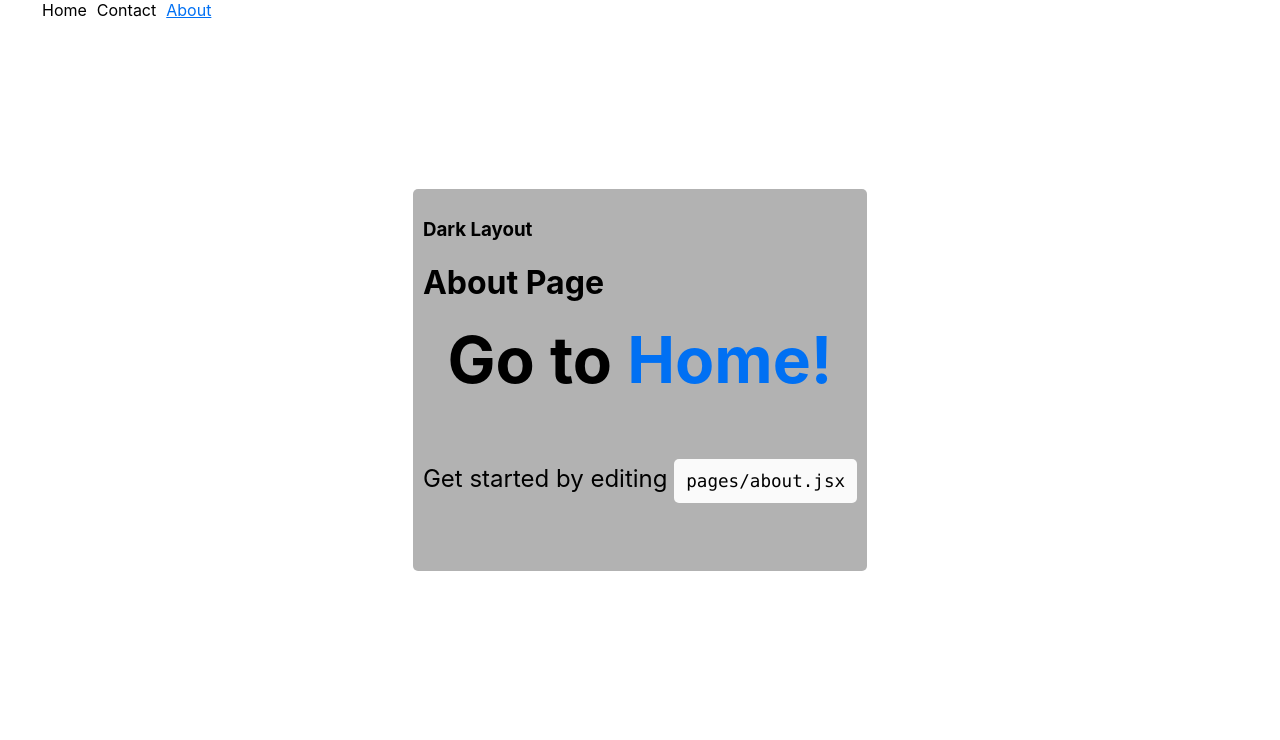
Repository: juagarc4/next-vercel-deploy
Page: /about
An editor plug-in stored every save of this project. The page is shown before and after a run of saves, followed by the edit.
The browser window is 1280 px wide. The pictures show the whole page.
The project was rebuilt for these pictures with package versions that can differ from the ones it lists, and the page was loaded fresh each time. The framework's server and built-in components were replaced by stand-ins that run in the browser. Also part of the build but not shown: next.config.js.

Above is the page before, as saved 2022-04-29 09:09:34.

### pages/about.jsx
import Link from 'next/link'
import { MainLayout } from '../components/layouts/MainLayout'
import { DarkLayout } from '../components/layouts/DarkLayout'

export default function AboutPage() {
  return (
    <MainLayout>
      <DarkLayout>
      <h1>About Page</h1>
        <h1 className={'title'}>
          Go to <Link href='/'>Home!</Link>
        </h1>

        <p className={'description'}>
          Get started by editing <code className={'code'}>pages/about.jsx</code>
        </p>
        </DarkLayout>
    </MainLayout>
  )
}

AboutPage.getLayout = function getLayout( page ) {

  return (
    <MainLayout>
      <DarkLayout>
        {page}
      </DarkLayout>
    </MainLayout>
  )
}

### components/layouts/MainLayout.jsx
import Head from 'next/head'

import { Navbar } from '../Navbar'
import styles from './MainLayout.module.css'

export const MainLayout = ({children}) => {
  return (
    <div className={styles.container}>
      <Head>
        <title>Home - Initial App</title>
        <meta name='description' content='Home Page' />
        <link rel='icon' href='/favicon.ico' />
      </Head>
     <Navbar/>
      <main className={styles.main}>
        {children}
      </main>
    </div>
  )
}

### components/layouts/DarkLayout.jsx
import AboutPage from "../../pages/about"

export const DarkLayout = ({children}) => {
  return (
  <div style={{
    backgroundColor: 'rgba(0,0,0,0.3)',
    borderRadius: '5px',
    padding: '10px'
  }}>
    <h3>Dark Layout</h3>
    <div>
      {children}
    </div>
  </div>
  )
}

### components/Navbar.jsx
import styles from './Navbar.module.css'
import { ActiveLink } from './ActiveLink'

export const Navbar = () => {
  return (
    <nav className={styles.menu}>
      <ActiveLink text='Home' href='/' />
      <ActiveLink text='Contact'href='/contact' />
      <ActiveLink text='About' href='/about'/>
    </nav>
  )
}

### components/Navbar.module.css
.menu a {
  padding: 0 0 0 10px;
}

### components/ActiveLink.jsx
import { useRouter } from "next/router"
import Link from "next/link"

const style = {
  color: '#0070f3',
  textDecoration:'underline'
}

export const ActiveLink = ({text, href}) => {
  const { asPath } = useRouter()

  return (
    <Link href={href}>
      <a style={asPath === href ? style : null}>{text}</a>
    </Link>
  )
}

Loaded but not shown: pages/_app.js (common file); styles/globals.css (common file); components/layouts/MainLayout.module.css (common file)

After the next 4 saves:
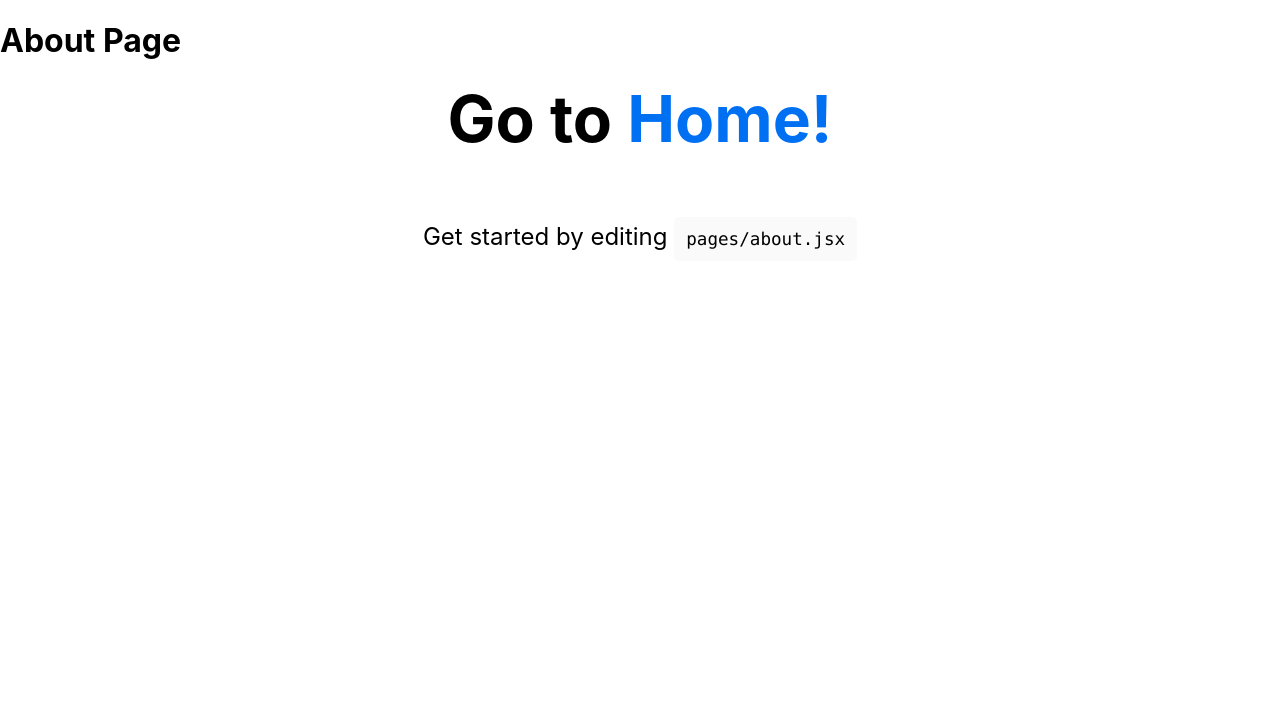
The 4 saves are shown as one change because 2 did not build or start and some came seconds apart.
The last was saved 31 s later.
--- a/pages/about.jsx
+++ b/pages/about.jsx
@@ -4,8 +4,7 @@ import { DarkLayout } from '../components/layouts/DarkLayout'
 
 export default function AboutPage() {
   return (
-    <MainLayout>
-      <DarkLayout>
+    <>
       <h1>About Page</h1>
         <h1 className={'title'}>
           Go to <Link href='/'>Home!</Link>
@@ -14,8 +13,7 @@ export default function AboutPage() {
         <p className={'description'}>
           Get started by editing <code className={'code'}>pages/about.jsx</code>
         </p>
-        </DarkLayout>
-    </MainLayout>
+    </>
   )
 }
 
